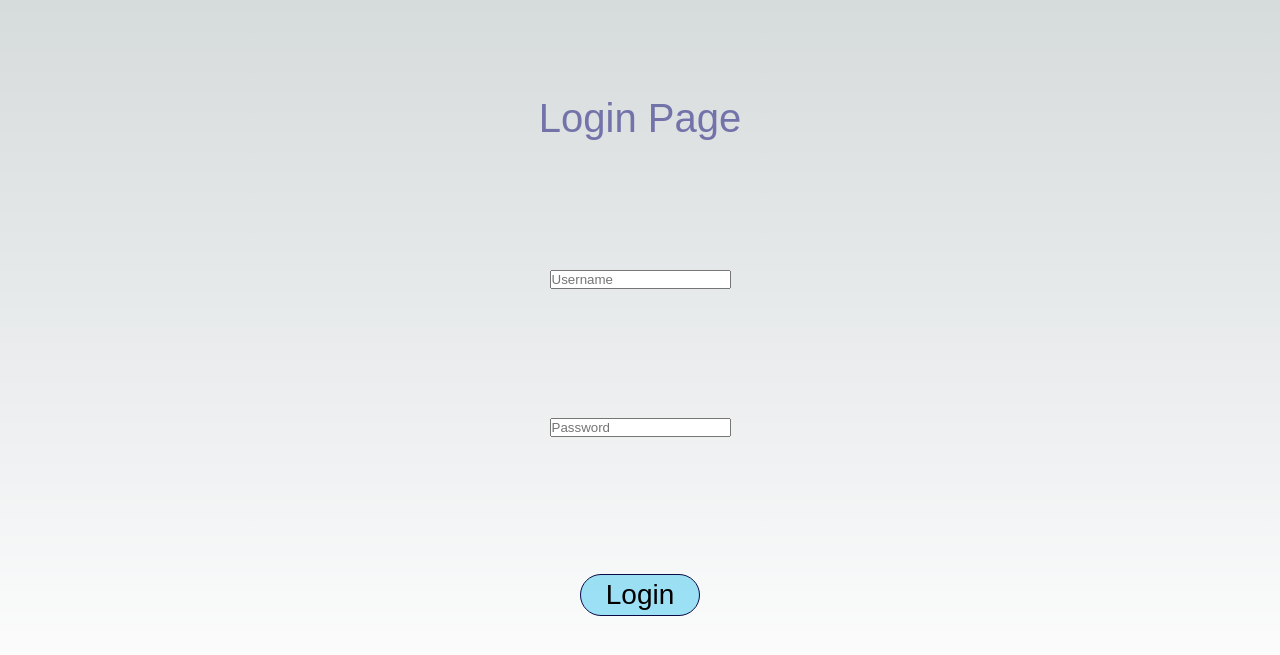
Repository: SaraShio/counter
Page: /
The author's editor kept a copy of each file at every save. The page is drawn from the files as they stood at one save, then again after the next save.
The browser window is 1280 px wide. The pictures show the whole page.
The project was rebuilt for these pictures with package versions that can differ from the ones it lists, and the page was loaded fresh each time. The framework's server and built-in components were replaced by stand-ins that run in the browser. Also part of the build but not shown: next.config.js.

Above is the page before, as saved 2023-01-15 22:32:10.

### pages/index.js
import Head from 'next/head'
import Image from 'next/image'
import { Inter } from '@next/font/google'
import styles from '../styles/Home.module.css'
import { useEffect, useState } from 'react'
import { useRouter } from 'next/router'


const inter = Inter({ subsets: ['latin'] })

export default function Home() {

  const router = useRouter();

  const [formData, setFormData] = useState({
    firstName: '',
    username: '',
  })

  const CheckLogin = () => {
    console.log(formData.firstName);
    console.log(formData);

    if (formData.username !== null) {
      router.push({
        pathname: './counter',
        query: {
          username: formData.firstName
        }
      })
    }
  }


  return (
    <>
      <Head>
        <title>Create Next App</title>
        <meta name="description" content="Generated by create next app" />
        <meta name="viewport" content="width=device-width, initial-scale=1" />
        <link rel="icon" href="/favicon.ico" />
      </Head>
      <main className={styles.main}>
        <label>Login Page</label>
        <input
          placeholder='Username'
          type="text"
          id="first"
          name="first"
          pattern="[A-Z]{1}[a-z]{2-10}"
          title="The first letter should be uppercase"
          onChange={(e => setFormData({ ...formData, firstName: e.target.value }))}
        />

        <input
          placeholder='Password'
          type="text"
          id="username"
          name="username"
          required
          minLength="5"
          maxLength="10"
          onChange={(e => setFormData({ ...formData, username: e.target.value }))}

        />


        <button className={styles.submit} type="submit" onClick={() => CheckLogin()}>Login</button>

      </main>
    </>
  )
}

### styles/globals.css
:root {
  --max-width: 1100px;
  --border-radius: 12px;
  --font-mono: ui-monospace, Menlo, Monaco, 'Cascadia Mono', 'Segoe UI Mono',
    'Roboto Mono', 'Oxygen Mono', 'Ubuntu Monospace', 'Source Code Pro',
    'Fira Mono', 'Droid Sans Mono', 'Courier New', monospace;

  --foreground-rgb: 0, 0, 0;
  --background-start-rgb: 214, 219, 220;
  --background-end-rgb: 255, 255, 255;
  --purple: #874e93;
  --medium-purple: #6565a2e3;
  --dark-gray: #434346;
  --deep-blue: #0a0a47;
  --light-blue: #51ccf18c;
  --extra-large-header-font: 52px;
  --large-header-font: 40px;
  --medium-header-font: 32px;
  --small-header-font: 24px;
  --new-font: 'Raleway', sans-serif, 'Unbounded', cursive;
  --padding: 16px;


  --primary-glow: conic-gradient(from 180deg at 50% 50%,
      #16abff33 0deg,
      #0885ff33 55deg,
      #54d6ff33 120deg,
      #0071ff33 160deg,
      transparent 360deg);
  --secondary-glow: radial-gradient(rgba(255, 255, 255, 1),
      rgba(255, 255, 255, 0));

  --tile-start-rgb: 239, 245, 249;
  --tile-end-rgb: 228, 232, 233;
  --tile-border: conic-gradient(#00000080,
      #00000040,
      #00000030,
      #00000020,
      #00000010,
      #00000010,
      #00000080);

  --callout-rgb: 238, 240, 241;
  --callout-border-rgb: 172, 175, 176;
  --card-rgb: 180, 185, 188;
  --card-border-rgb: 131, 134, 135;
}

@media (prefers-color-scheme: dark) {
  :root {
    --foreground-rgb: 255, 255, 255;
    --background-start-rgb: 0, 0, 0;
    --background-end-rgb: 0, 0, 0;

    --primary-glow: radial-gradient(rgba(1, 65, 255, 0.4), rgba(1, 65, 255, 0));
    --secondary-glow: linear-gradient(to bottom right,
        rgba(1, 65, 255, 0),
        rgba(1, 65, 255, 0),
        rgba(1, 65, 255, 0.3));

    --tile-start-rgb: 2, 13, 46;
    --tile-end-rgb: 2, 5, 19;
    --tile-border: conic-gradient(#ffffff80,
        #ffffff40,
        #ffffff30,
        #ffffff20,
        #ffffff10,
        #ffffff10,
        #ffffff80);

    --callout-rgb: 20, 20, 20;
    --callout-border-rgb: 108, 108, 108;
    --card-rgb: 100, 100, 100;
    --card-border-rgb: 200, 200, 200;
  }
}

* {
  box-sizing: border-box;
  padding: 0;
  margin: 0;
}

html,
body {
  max-width: 100vw;
  overflow-x: hidden;
}

body {
  color: rgb(var(--foreground-rgb));
  background: linear-gradient(to bottom,
      transparent,
      rgb(var(--background-end-rgb))) rgb(var(--background-start-rgb));
}

a {
  color: inherit;
  text-decoration: none;
}

@media (prefers-color-scheme: dark) {
  html {
    color-scheme: dark;
  }
}

### styles/Home.module.css
.main {
  display: flex;
  flex-direction: column;
  justify-content: space-between;
  align-items: center;
  padding: 6rem;
  min-height: 100vh;
  color: var(--medium-purple);
  font-size: var(--large-header-font);
  font-family: var(--new-font);
}

.submit {
  background-color: var(--light-blue);
  border: 0.5px solid var(--deep-blue);
  width: 120px;
  border-radius: 1000px;
  font-size: 28px;
  font-family: var(--new-font);
  margin: 8px;
  padding: 4px;
}

Loaded but not shown: pages/_app.js (common file); pages/_document.js (common file)

After the next save:
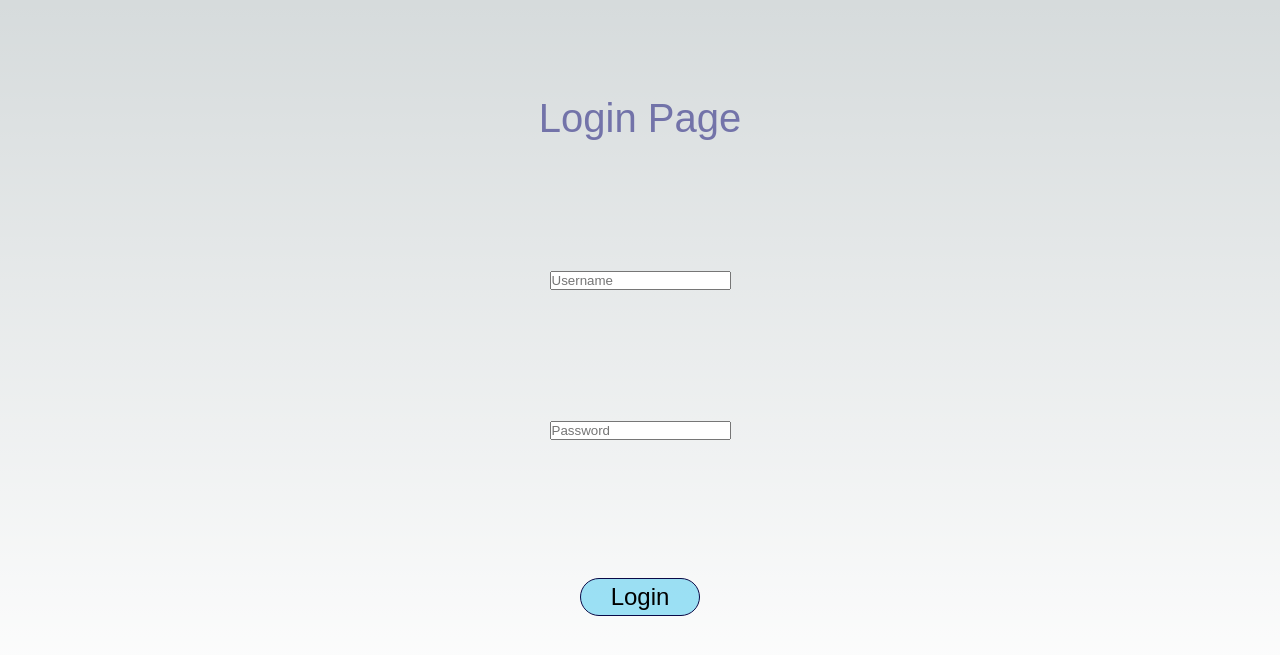
Saved 38 s later.
--- a/styles/Home.module.css
+++ b/styles/Home.module.css
@@ -15,7 +15,7 @@
   border: 0.5px solid var(--deep-blue);
   width: 120px;
   border-radius: 1000px;
-  font-size: 28px;
+  font-size: var(--small-header-font);
   font-family: var(--new-font);
   margin: 8px;
   padding: 4px;
